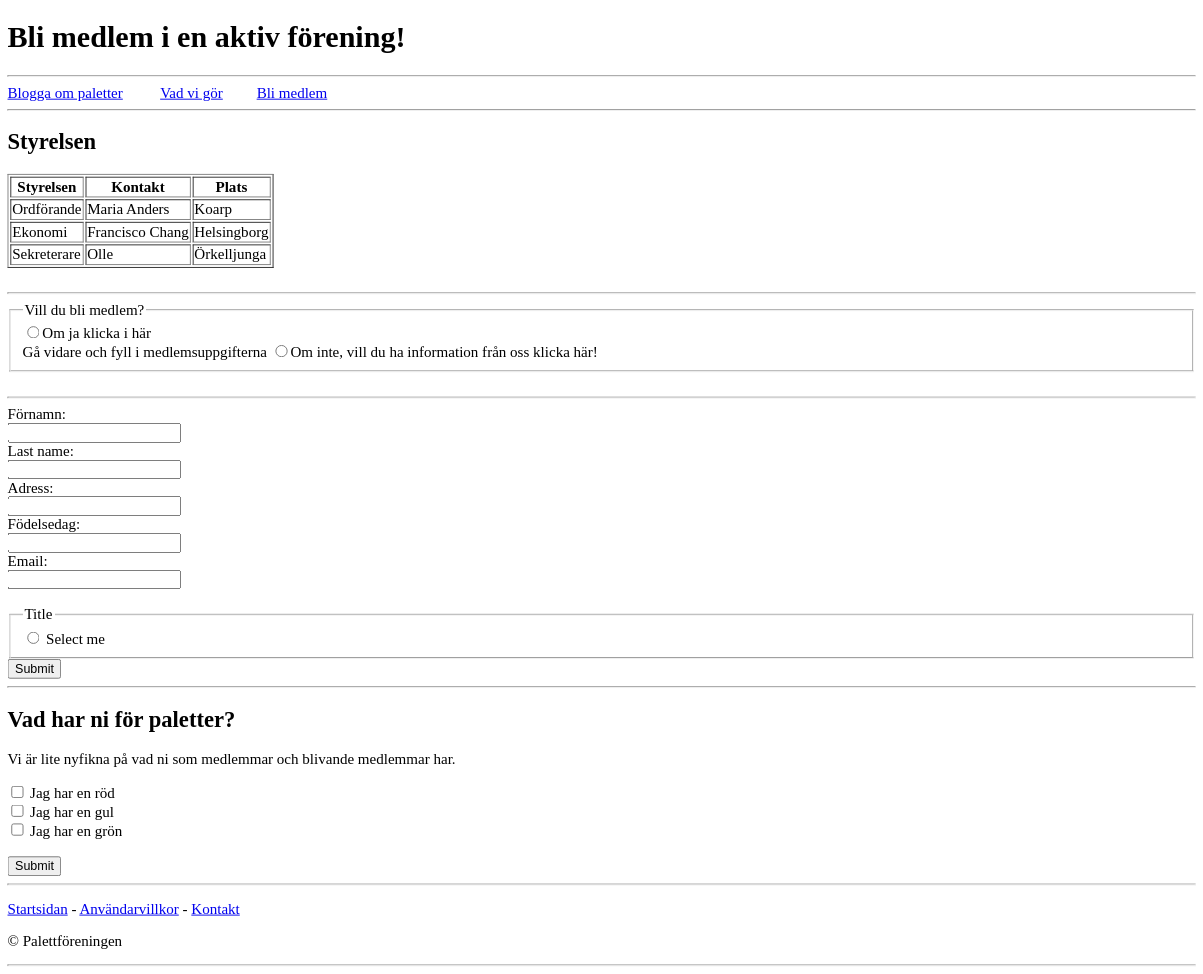
Repository: Webutveckling-20-21/Uppgift-1
Page: medlemskap.html
The author's editor kept a copy of each file at every save. The page is drawn from the files as they stood at one save, then again after the next save.
The browser window is 1280 px wide. The pictures show the whole page, at 94% of full size.

Above is the page before, as saved 2021-09-07 22:19:57.

After the next save:
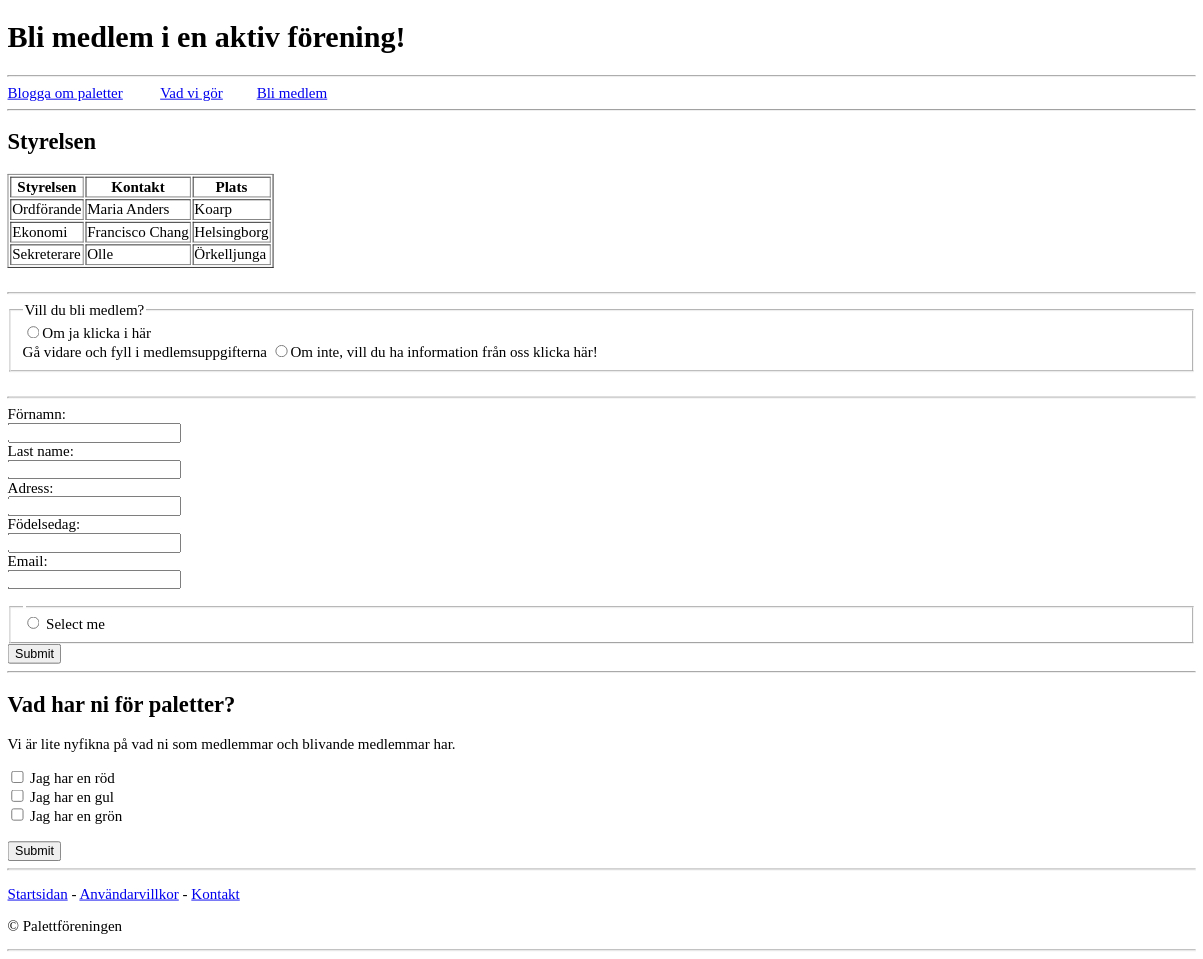
Saved 6 s later.
--- a/medlemskap.html
+++ b/medlemskap.html
@@ -64,7 +64,7 @@
             <label for="email">Email:</label><br>
             <input type="email" id="email" name="email" multiple> <br> <br>
             <fieldset>
-    <legend>Title</legend>
+    <legend></legend>
     <label><input type="radio" name="radio"> Select me</label>
   </fieldset>
             <input type="submit" value="Submit">

After the 2 saves that followed:
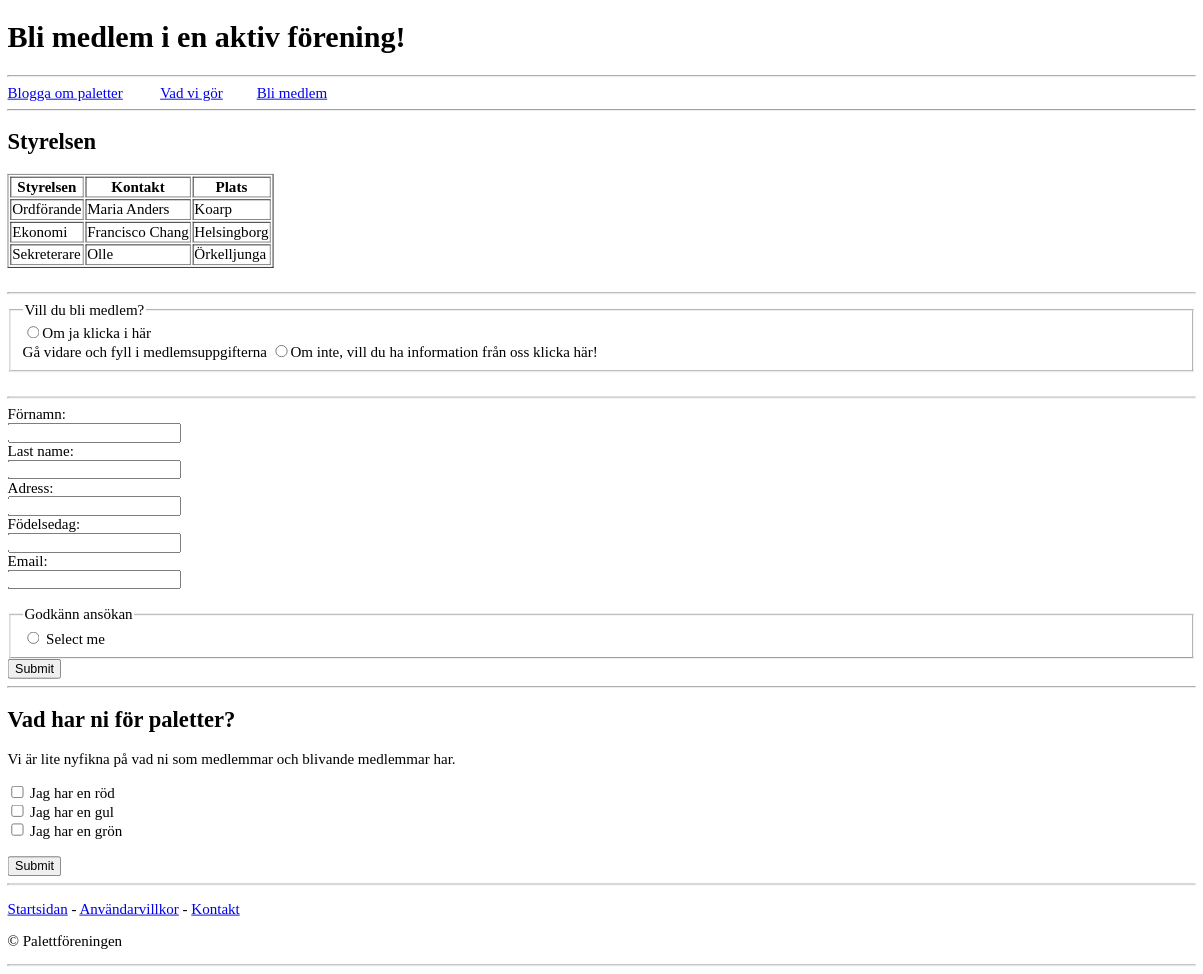
The 2 saves are shown as one change because they came seconds apart.
The last was saved 7 s later.
--- a/medlemskap.html
+++ b/medlemskap.html
@@ -64,7 +64,7 @@
             <label for="email">Email:</label><br>
             <input type="email" id="email" name="email" multiple> <br> <br>
             <fieldset>
-    <legend></legend>
+    <legend>Godkänn ansökan</legend>
     <label><input type="radio" name="radio"> Select me</label>
   </fieldset>
             <input type="submit" value="Submit">
